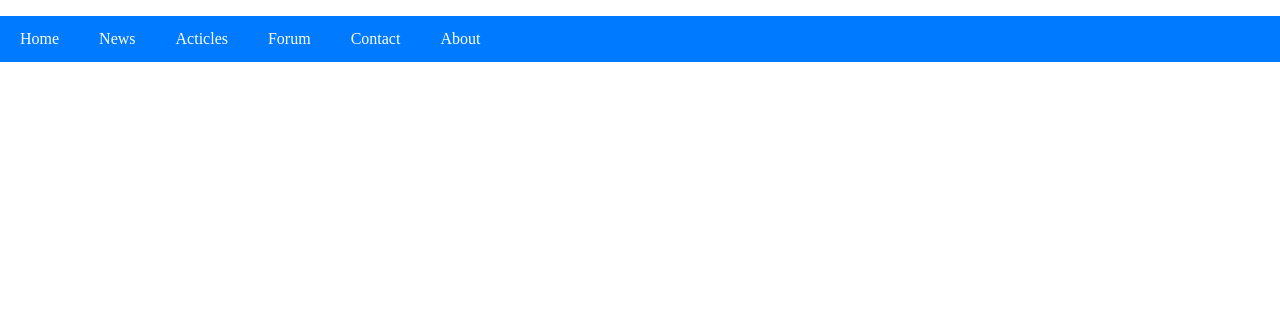
Repository: G1tHub-zer0/BTTH
Page: BTCSS/bai16+20.html
These files come from the project's save history. The page is drawn as it stood at one moment and after the next save; the edit follows.
The browser window is 1280 px wide. The pictures show the whole page.

Above is the page before, as saved 2024-03-22 19:47:42.

After the next save:
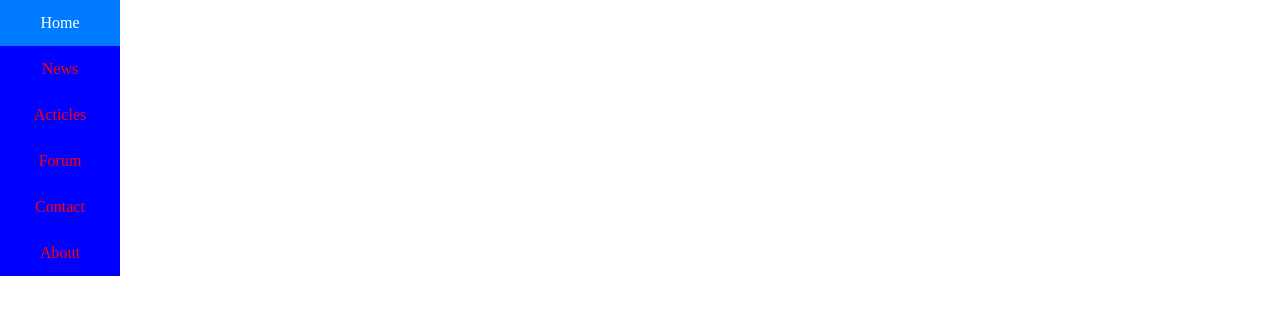
Saved 71 s later.
--- a/BTCSS/bai16+20.css
+++ b/BTCSS/bai16+20.css
@@ -5,27 +5,30 @@ body {
 }
 
 .menu {
-  width: 100%;
-  background-color: #007bff; /* Màu nền của menu */
+  width: 120px; /* Độ rộng của menu */
+  list-style-type: none;
+  margin: 0;
   padding: 0;
-  list-style-type: none;
-  overflow: hidden; /* Loại bỏ viền trên và dưới của menu */
+  background-color: blue;
+  display: flex;
+  flex-direction: column; /* Hiển thị các mục theo chiều dọc */
 }
 
 .menu li {
-  float: left;
+  /* Không cần sử dụng float nữa */
 }
 
 .menu li a {
   display: block;
-  color: white;
+  color: red;
   text-align: center;
   padding: 14px 20px;
   text-decoration: none;
 }
 
 .menu li a:hover {
-  background-color: #0056b3; /* Màu nền khi hover */
+  background-color: #007bff;
+  color: white;
 }
 
 .submenu {
@@ -34,7 +37,8 @@ body {
   position: absolute;
   background-color: #333;
   min-width: 160px;
-  z-index: 1; /* Đảm bảo submenu hiển thị trên các phần tử khác */
+  left: 120px; /* Đặt submenu bắt đầu từ phía bên phải của menu */
+  top: 0; /* Đặt submenu ở vị trí ban đầu của menu cha */
 }
 
 .menu li:hover .submenu {
@@ -47,12 +51,8 @@ body {
 
 .submenu li a {
   padding: 12px 16px;
-  color: white;
-  text-decoration: none;
-  display: block;
 }
 
 .submenu li a:hover {
   background-color: #ddd;
-  color: black;
 }
